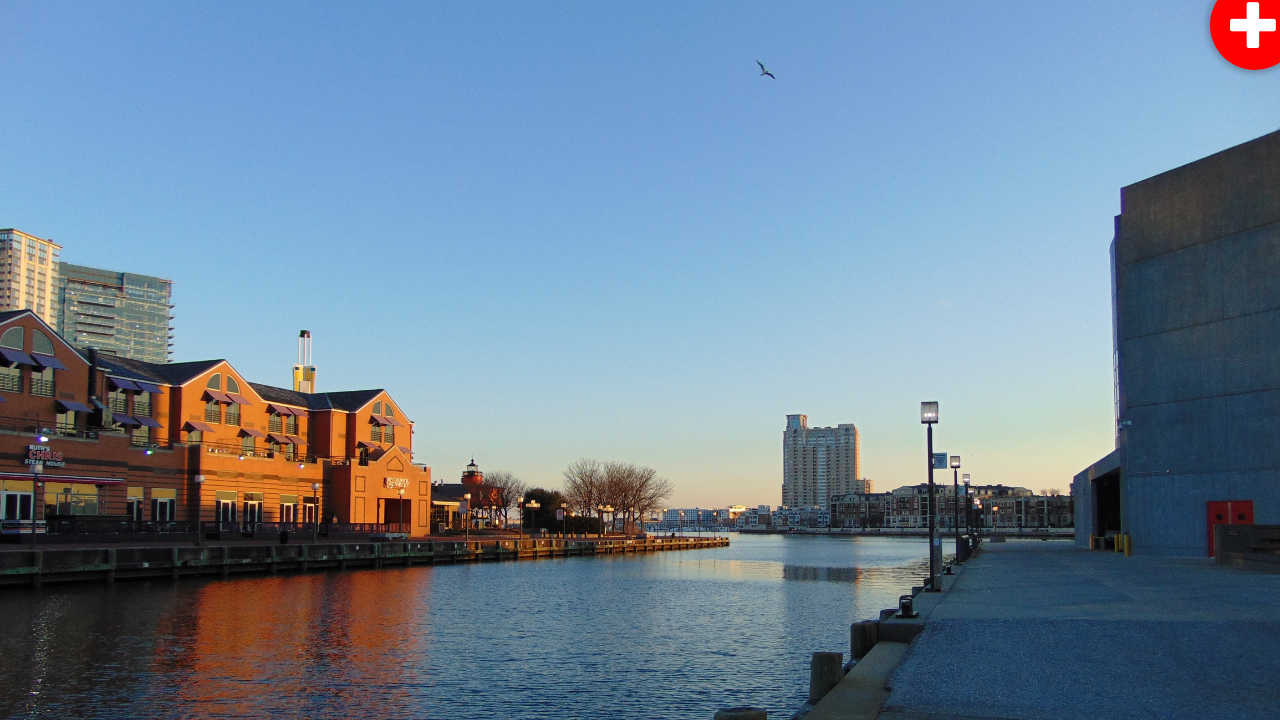
Repository: danidark9312/vtac
Page: http://localhost/vtacTechnology/
The author's editor kept a copy of each file at every save. The page is drawn from the files as they stood at one save, then again after the next save.
The browser window is 1280 px wide. The pictures show the whole page.
The page is served by Tomcat 9.

Above is the page before, as saved 2017-01-30 17:01:51.
Console error (its wording comes from the project's code and is left out).

After the next save:
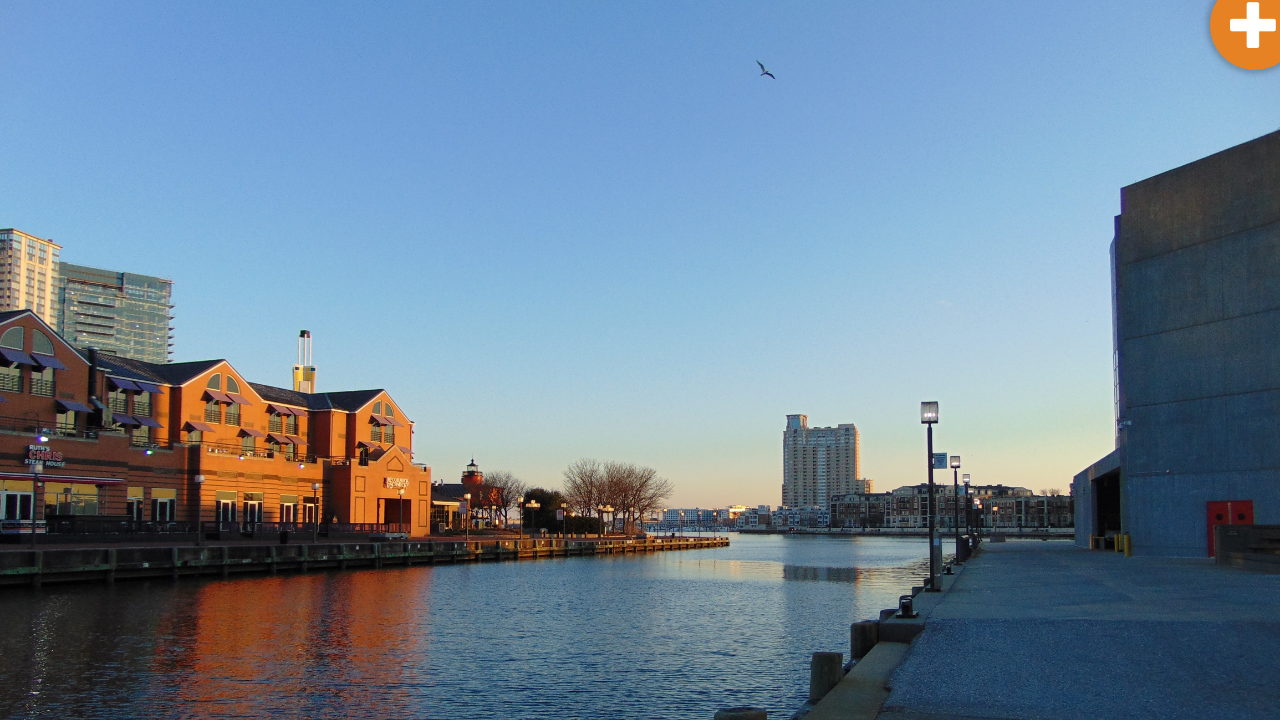
Saved 118 s later.
--- a/vtacTechnology/WebContent/css/common.css
+++ b/vtacTechnology/WebContent/css/common.css
@@ -1,4 +1,9 @@
 @CHARSET "ISO-8859-1";
+
+
+:root {
+  --main-color: #e68224;
+}
 
 .menuContainer{
 	position : fixed;
@@ -7,7 +12,7 @@
 }
 
 .floatingMenu{
-	    background-color: red;
+	    background-color: var(--main-color);
     color: white;
     width: 90px;
     height: 90px;
@@ -46,7 +51,7 @@
 .menuContainer .option{
 	    padding: 5px 10px;
     font-size: 23px;
-    background: red;
+    background: var(--main-color);;
     color: white;
     border-top-left-radius: 20px;
     border-bottom-left-radius: 20px;
